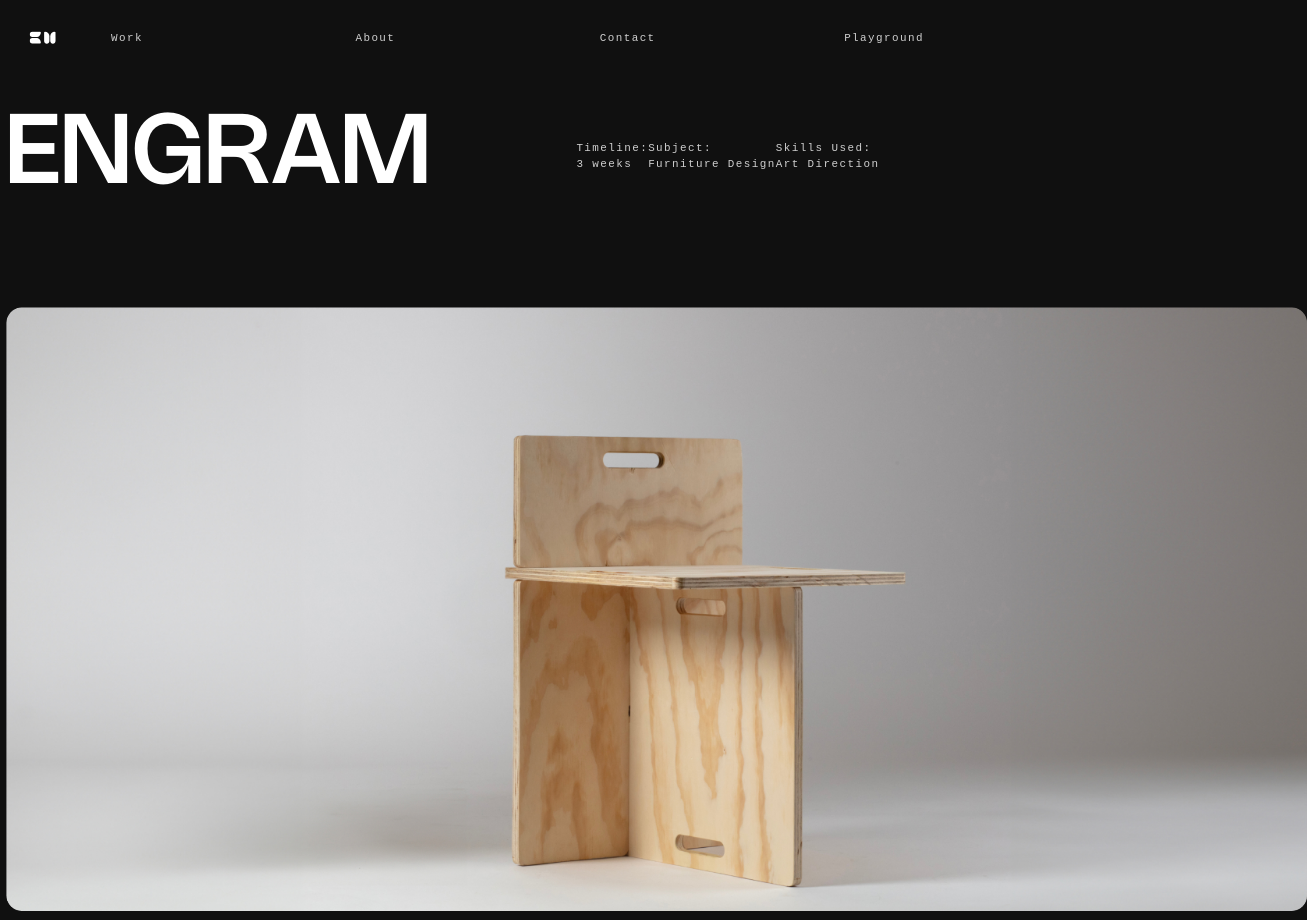
Repository: theethanwright/ethan_wright_portfolio
Page: work/work.html
The author's editor kept a copy of each file at every save. The page is drawn from the files as they stood at one save, then again after the next save.
The browser window is 1280 px wide. The page is 1676 px wide, so the pictures cover 1676 px, including what lies to the right of the window. The pictures show the whole page, at 78% of full size.

Above is the page before, as saved 2023-12-25 22:10:09.

After the next save:
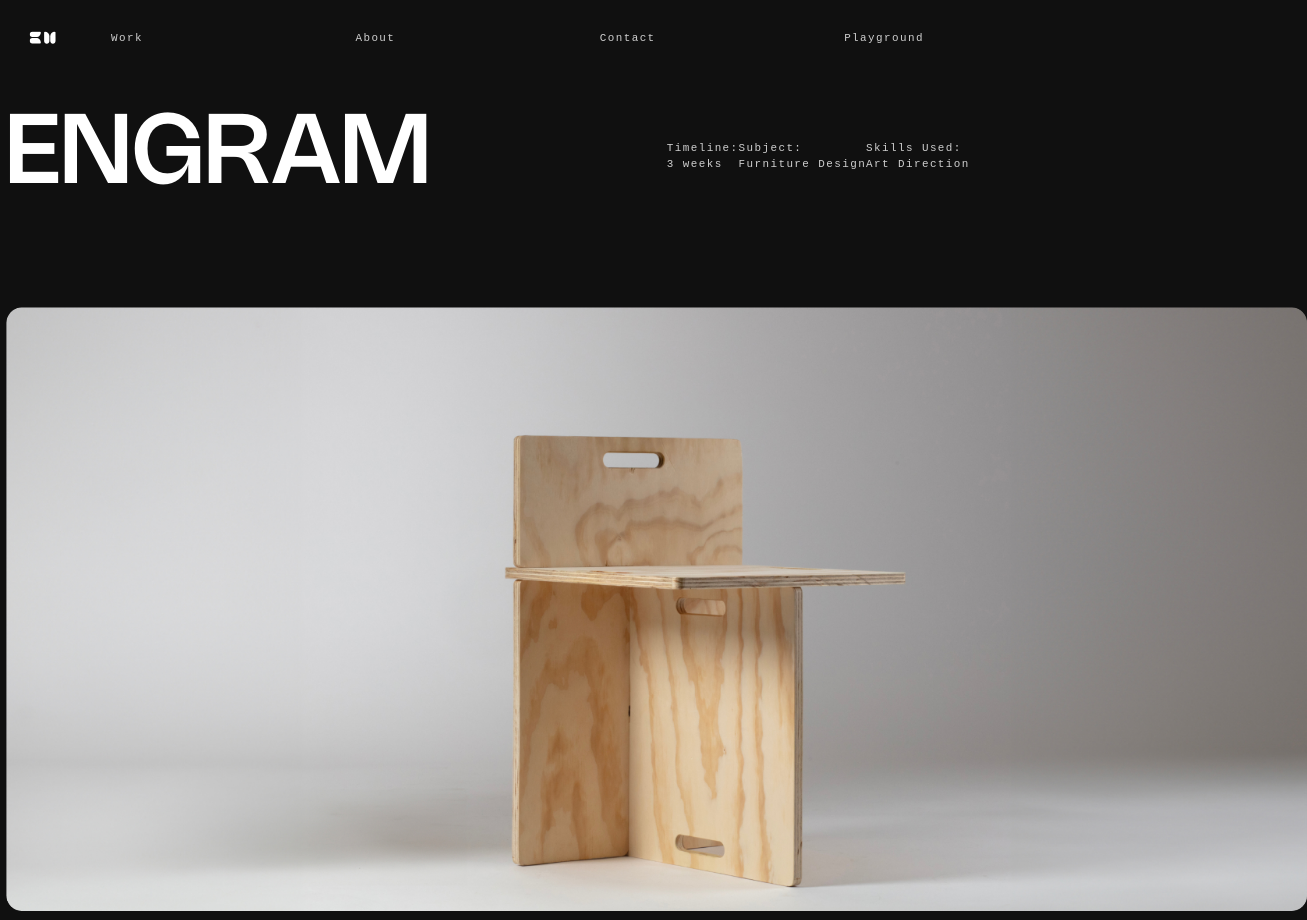
Saved 23 s later.
--- a/work/layouts.css
+++ b/work/layouts.css
@@ -75,7 +75,7 @@
 
       .wrapper-project .project-info {
         grid-column: 8 / span 5;
-        justify-self: start;
+        justify-self: stretch;
         align-self: center;
 
         display: flex;
